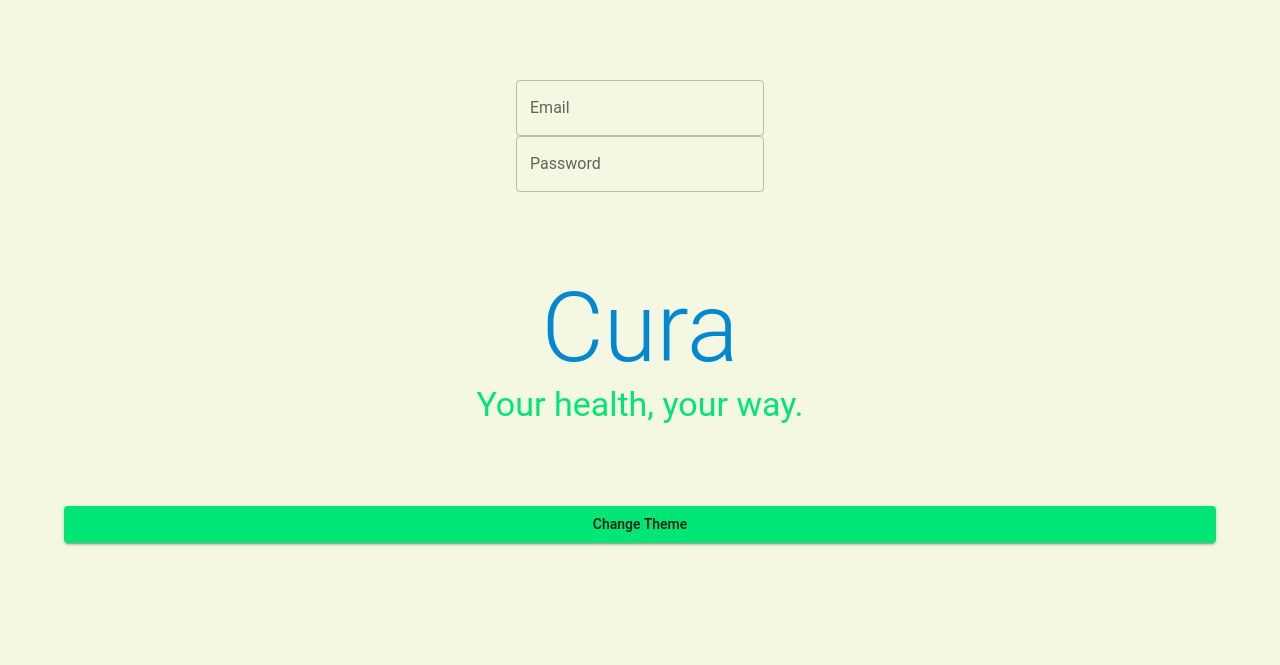
Repository: CryptoFamilyNFT/Cura
Page: / (app in cura/)
These files come from the project's save history. The page is drawn as it stood at one moment and after the next save; the edit follows.
The browser window is 1280 px wide. The pictures show the whole page.
The project was rebuilt for these pictures with package versions that can differ from the ones it lists, and the page was loaded fresh each time. Also part of the build but not shown: cura/vite.config.js.

Above is the page before, as saved 2025-03-04 11:12:40.

After the next save:
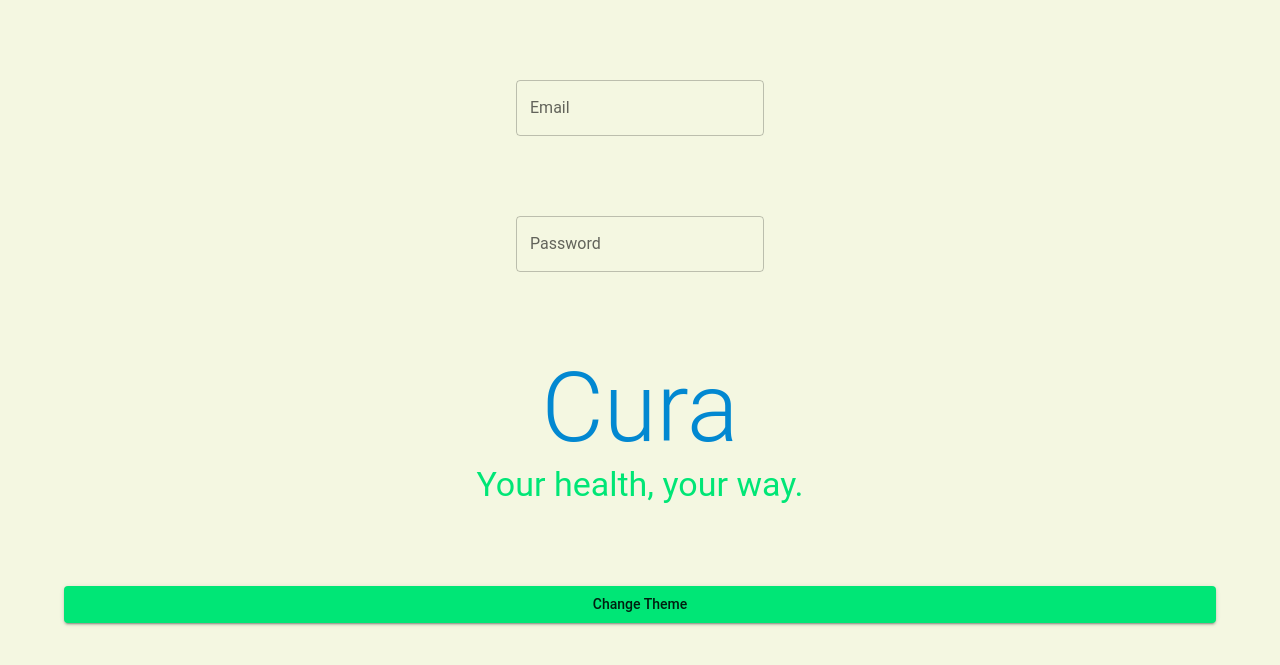
Saved 12 s later.
--- a/cura/src/components/SignUp/SignUp.jsx
+++ b/cura/src/components/SignUp/SignUp.jsx
@@ -16,7 +16,9 @@
                 zIndex: 1,
                 backdropFilter: 'blur(5px)'
             }}>
-                <FormControl>
+                <FormControl sx={{
+                    gap: 10
+                }}>
                     <TextField id="outlined-basic" label="Email" variant="outlined" />
                     <TextField id="outlined-basic" label="Password" variant="outlined" />
                 </FormControl>
